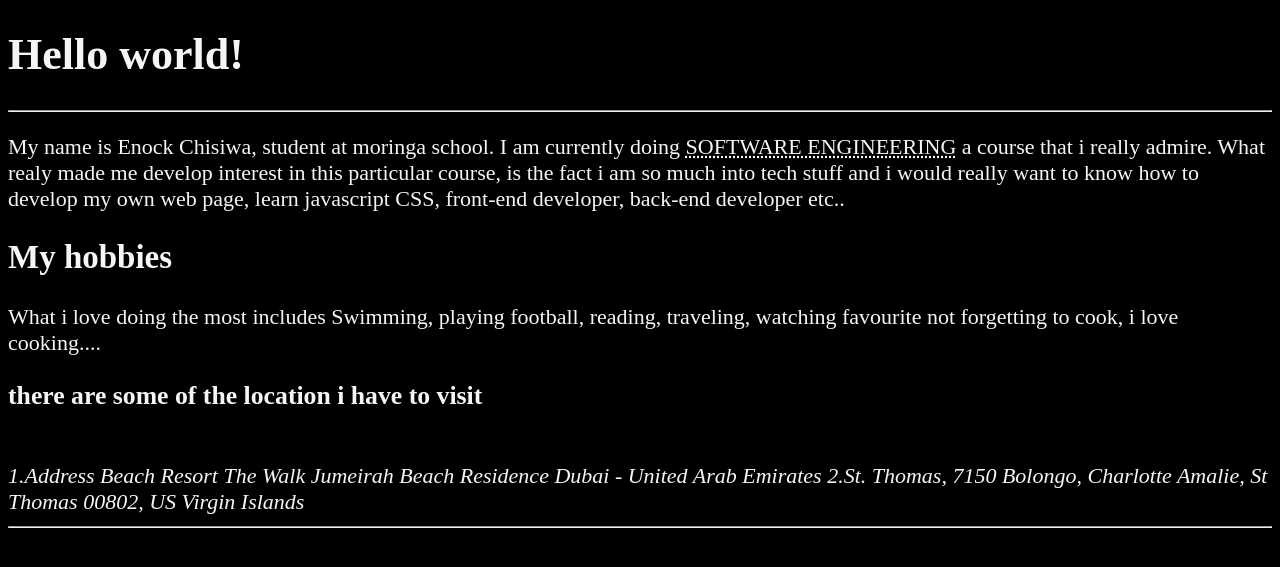
Repository: chiscobyte/README.md
Page: my project/index.html
An editor plug-in stored every save of this project. The page is shown before and after the next save, followed by the edit.
The browser window is 1280 px wide. The pictures show the whole page.

Above is the page before, as saved 2025-02-22 19:24:22.

After the next save:
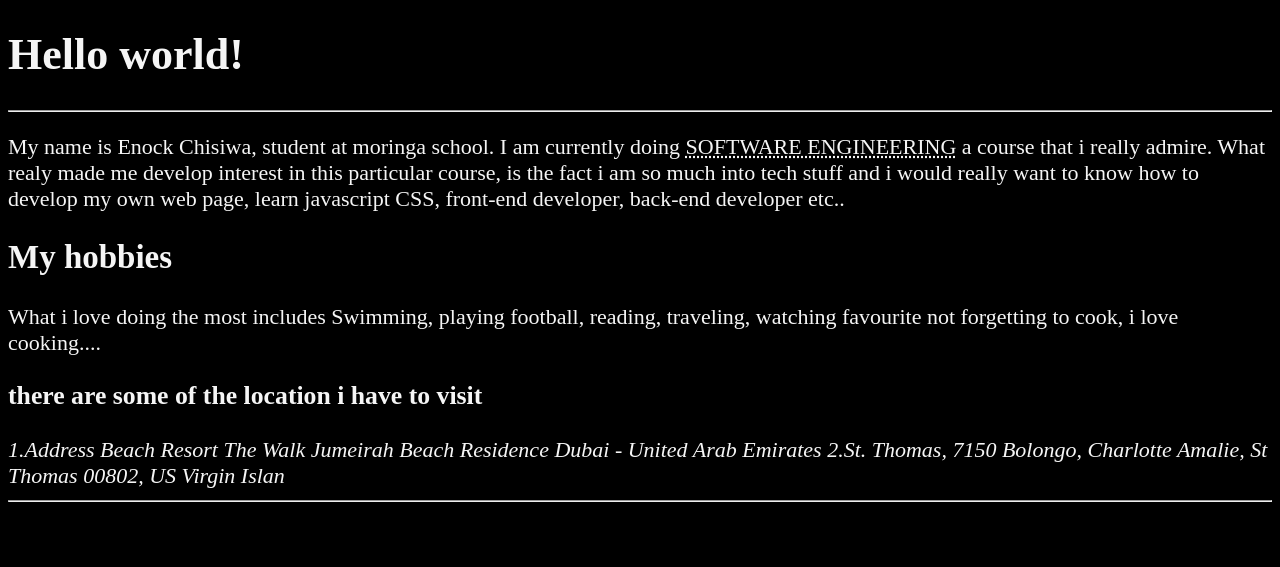
Saved 3 min 47 s later.
--- a/my project/index.html
+++ b/my project/index.html
@@ -28,13 +28,13 @@
       not forgetting to cook, i love cooking....</p>
 
     <h3>there are some of the location i have to visit </h3>
-       <br>  <address>1.Address Beach Resort The Walk
-                    Jumeirah Beach Residence
-                    Dubai - United Arab Emirates
+         <address>1.Address Beach Resort The Walk
+            Jumeirah Beach Residence
+            Dubai - United Arab Emirates
 
-                  2.St. Thomas, 7150 Bolongo,
-                    Charlotte Amalie,
-                    St Thomas 00802, US Virgin Islands</address>
+          2.St. Thomas, 7150 Bolongo,
+            Charlotte Amalie,
+            St Thomas 00802, US Virgin Islan</address>
 
 <hr>
 
